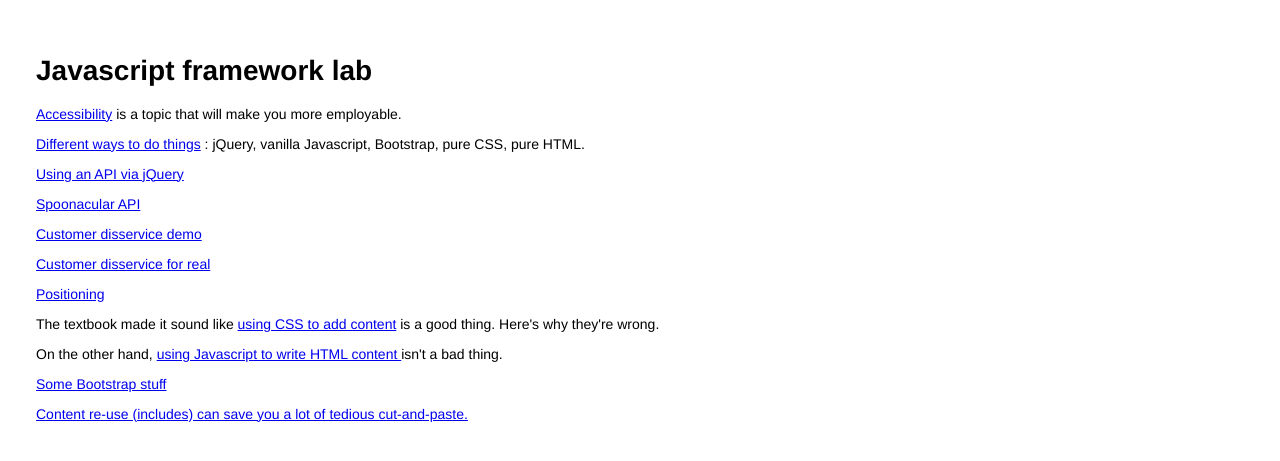
Repository: alboss/bit-175
Page: docs/js-framework.html
These files come from the project's save history. The page is drawn as it stood at one moment and after the next save; the edit follows.
The browser window is 1280 px wide. The pictures show the whole page.

Above is the page before, as saved 2023-05-11 11:52:09.

After the next save:
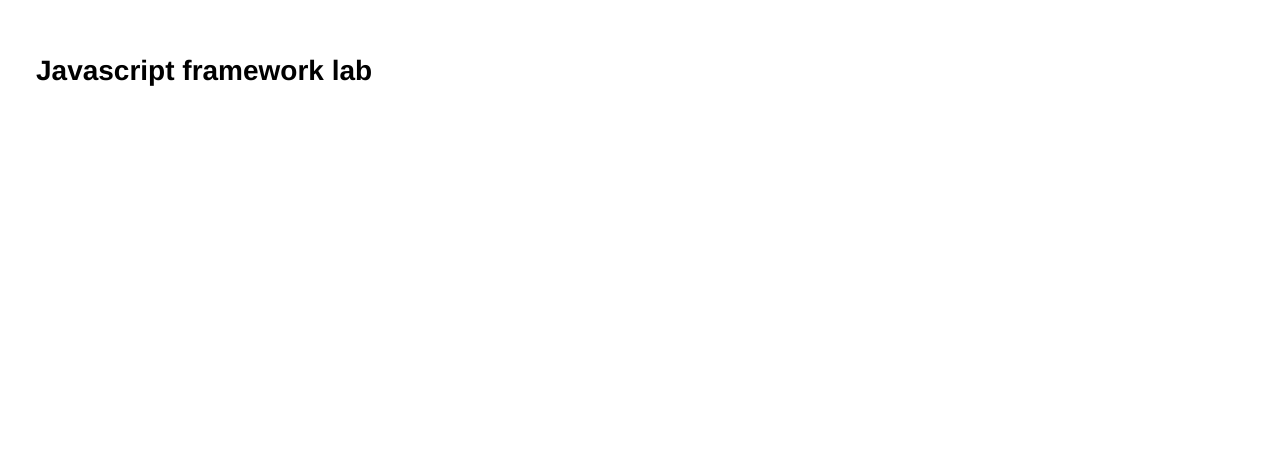
Saved 21 s later.
--- a/docs/js-framework.html
+++ b/docs/js-framework.html
@@ -14,7 +14,7 @@
     </header>
 
     <main>
-      <div w3-include-html="./includes-nav.html"></div>
+
     </main>
     <script src="./includes.js"></script>
     <script>
